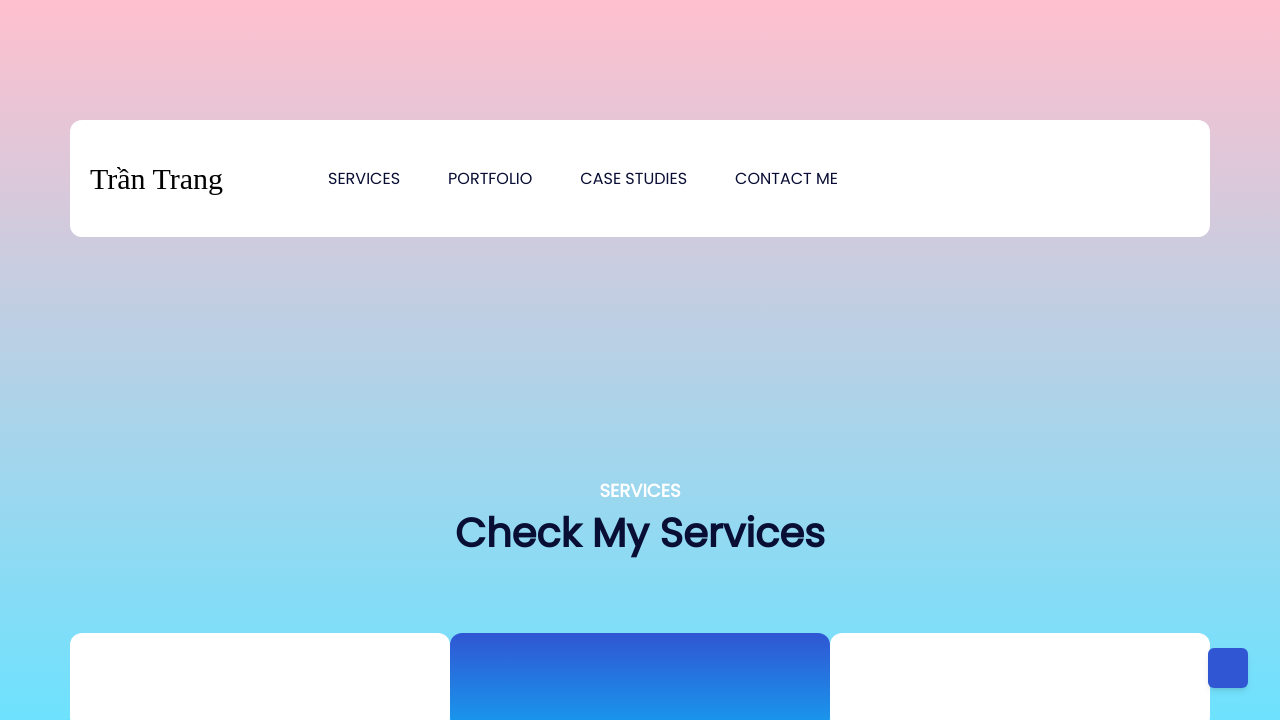
Repository: trantrang2101/CV
Page: index.html
An editor plug-in stored every save of this project. The page is shown before and after the next save, followed by the edit.
The browser window is 1280 px wide. The pictures show the whole page.
An inner scrolling area shows only its first screen. Some web fonts or font styles are not loaded; a fallback is used.

Above is the page before, as saved 2022-07-13 19:24:54.
Console error: TypeError: Cannot read properties of null (reading 'offsetTop')

### index.html
<!DOCTYPE html>
<html lang="en" class="scroll-smooth">

<head>
    <meta charset="UTF-8" />
    <meta http-equiv="X-UA-Compatible" content="IE=edge" />
    <meta name="viewport" content="width=device-width, initial-scale=1.0" />
    <title>
        Play | Free Tailwind CSS Template for Startup and SaaS By TailGrids
    </title>
    <link rel="shortcut icon" href="assets/images/favicon.png" type="image/x-icon" />
    <link rel="stylesheet" href="assets/css/animate.css" />
    <link rel="stylesheet" href="assets/css/tailwind.css" />
    <link rel="stylesheet" href="assets/css/style.css" />

    <script src="assets/js/wow.min.js"></script>
    <script>
        new WOW().init();
    </script>
</head>

<body>
    <section id="home" class="pt-20 lg:pt-[120px] pb-20 lg:pb-[120px]">
        <div class="container">
            <div class="bg-white shadow-xl shadow-dark dark:shadow-xl dark:shadow-light wow fadeInUp rounded-xl"
                data-wow-delay=".2s" style="visibility: visible; animation-delay: 0.2s">
                <div class="flex -mx-4 px-5 items-center justify-between relative">
                    <div class="w-60 max-w-full">
                        <a href="#home" class="navbar-logo w-full block py-5">
                            <h1 class="font-script p-4">Trần Trang</h1>
                        </a>
                    </div>
                    <div class="flex justify-between items-center w-full">
                        <div>
                            <button id="navbarToggler"
                                class="block absolute mx-4 right-4 top-1/2 -translate-y-1/2 lg:hidden focus:ring-2 ring-primary px-3 py-[6px] rounded-lg">
                                <span class="relative w-[30px] h-[2px] my-[6px] block bg-dark"></span>
                                <span class="relative w-[30px] h-[2px] my-[6px] block bg-dark"></span>
                                <span class="relative w-[30px] h-[2px] my-[6px] block bg-dark"></span>
                            </button>
                            <nav id="navbarCollapse"
                                class="absolute py-5 lg:py-0 lg:px-4 xl:px-6 bg-white lg:bg-transparent shadow-lg rounded-lg max-w-[250px] w-full lg:max-w-full lg:w-full right-4 top-full hidden lg:block lg:static lg:shadow-none">
                                <ul class="blcok lg:flex">
                                    <li class="relative group">
                                        <a href="#services"
                                            class="ud-menu-scroll text-base text-dark lg:group-hover:opacity-70 lg:group-hover:text-dark group-hover:text-primary py-2 lg:py-6 lg:inline-flex lg:px-0 flex mx-8 lg:mr-0">
                                            SERVICES
                                        </a>
                                    </li>
                                    <li class="relative group">
                                        <a href="#portfolio"
                                            class="ud-menu-scroll text-base text-dark lg:text-dark lg:group-hover:opacity-70 lg:group-hover:text-dark group-hover:text-primary py-2 lg:py-6 lg:inline-flex lg:px-0 flex mx-8 lg:mr-0 lg:ml-7 xl:ml-12">
                                            PORTFOLIO
                                        </a>
                                    </li>
                                    <li class="relative group">
                                        <a href="#case"
                                            class="ud-menu-scroll text-base text-dark lg:text-dark lg:group-hover:opacity-70 lg:group-hover:text-dark group-hover:text-primary py-2 lg:py-6 lg:inline-flex lg:px-0 flex mx-8 lg:mr-0 lg:ml-7 xl:ml-12">
                                            CASE STUDIES
                                        </a>
                                    </li>
                                    <li class="relative group">
                                        <a href="#contact"
                                            class="ud-menu-scroll text-base text-dark lg:text-dark lg:group-hover:opacity-70 lg:group-hover:text-dark group-hover:text-primary py-2 lg:py-6 lg:inline-flex lg:px-0 flex mx-8 lg:mr-0 lg:ml-7 xl:ml-12">
                                            CONTACT ME
                                        </a>
                                    </li>
                                </ul>
                            </nav>
                        </div>
                    </div>
                </div>
            </div>
        </div>
    </section>
    <section id="services" class="pt-20 lg:pt-[120px] pb-12 lg:pb-[90px] relative z-20 overflow-hidden">
        <div class="container">
            <div class="flex flex-wrap -mx-4">
                <div class="w-full px-4">
                    <div class="text-center mx-auto mb-[60px] lg:mb-20 max-w-[620px]">
                        <span class="font-semibold text-lg text-white mb-2 block">
                            SERVICES
                        </span>
                        <h2 class="font-bold text-3xl sm:text-4xl md:text-[40px] text-dark mb-4">
                            Check My Services
                        </h2>
                    </div>
                </div>
            </div>

            <div class="flex flex-wrap items-center justify-center">
                <div class="w-full mx-3 md:w-1/2 lg:w-1/3">
                    <div class="bg-white rounded-xl relative z-10 overflow-hidden border border-primary border-opacity-20 shadow-pricing py-10 px-8 sm:p-12 lg:py-10 lg:px-6 xl:p-12 mb-10 text-center wow fadeInUp"
                        data-wow-delay=".15s" style="visibility: visible; animation-delay: 0.15s">

                    </div>
                </div>
                <div class="w-full mx-3 md:w-1/2 lg:w-1/3">
                    <div class="bg-primary bg-gradient-to-b from-primary to-[#179BEE] rounded-xl relative z-10 overflow-hidden shadow-pricing py-10 px-8 sm:p-12 lg:py-10 lg:px-6 xl:p-12 mb-10 text-center wow fadeInUp"
                        data-wow-delay=".1s" style="visibility: visible; animation-delay: 0.1s">

                    </div>
                </div>
                <div class="w-full mx-3 md:w-1/2 lg:w-1/3">
                    <div class="bg-white rounded-xl relative z-10 overflow-hidden border border-primary border-opacity-20 shadow-pricing py-10 px-8 sm:p-12 lg:py-10 lg:px-6 xl:p-12 mb-10 text-center wow fadeInUp"
                        data-wow-delay=".15s" style="visibility: visible; animation-delay: 0.15s">

                    </div>
                </div>
            </div>
        </div>
    </section>
    <a href="javascript:void(0)"
        class="hidden items-center justify-center bg-primary text-white w-10 h-10 rounded-md fixed bottom-8 right-8 left-auto z-[999] hover:bg-dark back-to-top shadow-md transition duration-300 ease-in-out"
        style="display: flex">
        <span class="w-3 h-3 border-t border-l border-white rotate-45 mt-[6px]"></span>
    </a>
    <script src="assets/js/main.js"></script>
    <script>
        const pageLink = document.querySelectorAll(".ud-menu-scroll");
        pageLink.forEach((elem) => {
            elem.addEventListener("click", (e) => {
                e.preventDefault();
                document.querySelector(elem.getAttribute("href")).scrollIntoView({
                    behavior: "smooth",
                    offsetTop: 1 - 60,
                });
            });
        });

        // section menu active
        function onScroll(event) {
            const sections = document.querySelectorAll(".ud-menu-scroll");
            const scrollPos =
                window.pageYOffset ||
                document.documentElement.scrollTop ||
                document.body.scrollTop;

            for (let i = 0; i < sections.length; i++) {
                const currLink = sections[i];
                const val = currLink.getAttribute("href");
                const refElement = document.querySelector(val);
                const scrollTopMinus = scrollPos + 73;
                if (
                    refElement.offsetTop <= scrollTopMinus &&
                    refElement.offsetTop + refElement.offsetHeight > scrollTopMinus
                ) {
                    document
                        .querySelector(".ud-menu-scroll")
                        .classList.remove("active");
                    currLink.classList.add("active");
                } else {
                    currLink.classList.remove("active");
                }
            }
        }

        window.document.addEventListener("scroll", onScroll);
    </script>
</body>

</html>

### assets/css/style.css
html,
body {
  width: 100%;
  height: 100%;
}
html,
body {
  width: 100%;
  height: 100%;
  overflow: auto;
  background: linear-gradient(180deg, #ffc0ce 0%, #6de2fe 100%);
  background-repeat: no-repeat;
  background-position: center top;
  background-size: contain;
}
.font-script {
  font-family: "Imperial Script" !important;
}
h1.font-script {
  font-size: 30px;
}

### assets/js/main.js
(function () {
  "use strict";

  // ======= Sticky
  window.onscroll = function () {
    const ud_header = document.querySelector(".ud-header");
    const sticky = ud_header.offsetTop;
    const logo = document.querySelector(".header-logo");

    if (window.pageYOffset > sticky) {
      ud_header.classList.add("sticky");
    } else {
      ud_header.classList.remove("sticky");
    }

    // === logo change
    if (ud_header.classList.contains("sticky")) {
      logo.src = "assets/images/logo/logo.svg";
    } else {
      logo.src = "assets/images/logo/logo-white.svg";
    }

    // show or hide the back-top-top button
    const backToTop = document.querySelector(".back-to-top");
    if (
      document.body.scrollTop > 50 ||
      document.documentElement.scrollTop > 50
    ) {
      backToTop.style.display = "flex";
    } else {
      backToTop.style.display = "none";
    }
  };

  // ===== responsive navbar
  let navbarToggler = document.querySelector("#navbarToggler");
  const navbarCollapse = document.querySelector("#navbarCollapse");

  navbarToggler.addEventListener("click", () => {
    navbarToggler.classList.toggle("navbarTogglerActive");
    navbarCollapse.classList.toggle("hidden");
  });

  //===== close navbar-collapse when a  clicked
  document
    .querySelectorAll("#navbarCollapse ul li:not(.submenu-item) a")
    .forEach((e) =>
      e.addEventListener("click", () => {
        navbarToggler.classList.remove("navbarTogglerActive");
        navbarCollapse.classList.add("hidden");
      })
    );

  // ===== Sub-menu
  const submenuItems = document.querySelectorAll(".submenu-item");
  submenuItems.forEach((el) => {
    el.querySelector("a").addEventListener("click", () => {
      el.querySelector(".submenu").classList.toggle("hidden");
    });
  });

  // ===== Faq accordion
  const faqs = document.querySelectorAll(".single-faq");
  faqs.forEach((el) => {
    el.querySelector(".faq-btn").addEventListener("click", () => {
      el.querySelector(".icon").classList.toggle("rotate-180");
      el.querySelector(".faq-content").classList.toggle("hidden");
    });
  });

  // ===== wow js
  new WOW().init();

  // ====== scroll top js
  function scrollTo(element, to = 0, duration = 500) {
    const start = element.scrollTop;
    const change = to - start;
    const increment = 20;
    let currentTime = 0;

    const animateScroll = () => {
      currentTime += increment;

      const val = Math.easeInOutQuad(currentTime, start, change, duration);

      element.scrollTop = val;

      if (currentTime < duration) {
        setTimeout(animateScroll, increment);
      }
    };

    animateScroll();
  }

  Math.easeInOutQuad = function (t, b, c, d) {
    t /= d / 2;
    if (t < 1) return (c / 2) * t * t + b;
    t--;
    return (-c / 2) * (t * (t - 2) - 1) + b;
  };

  document.querySelector(".back-to-top").onclick = () => {
    scrollTo(document.documentElement);
  };
})();

Loaded but not shown: assets/css/animate.css (library); assets/css/tailwind.css (library); assets/js/wow.min.js (library)

After the next save:
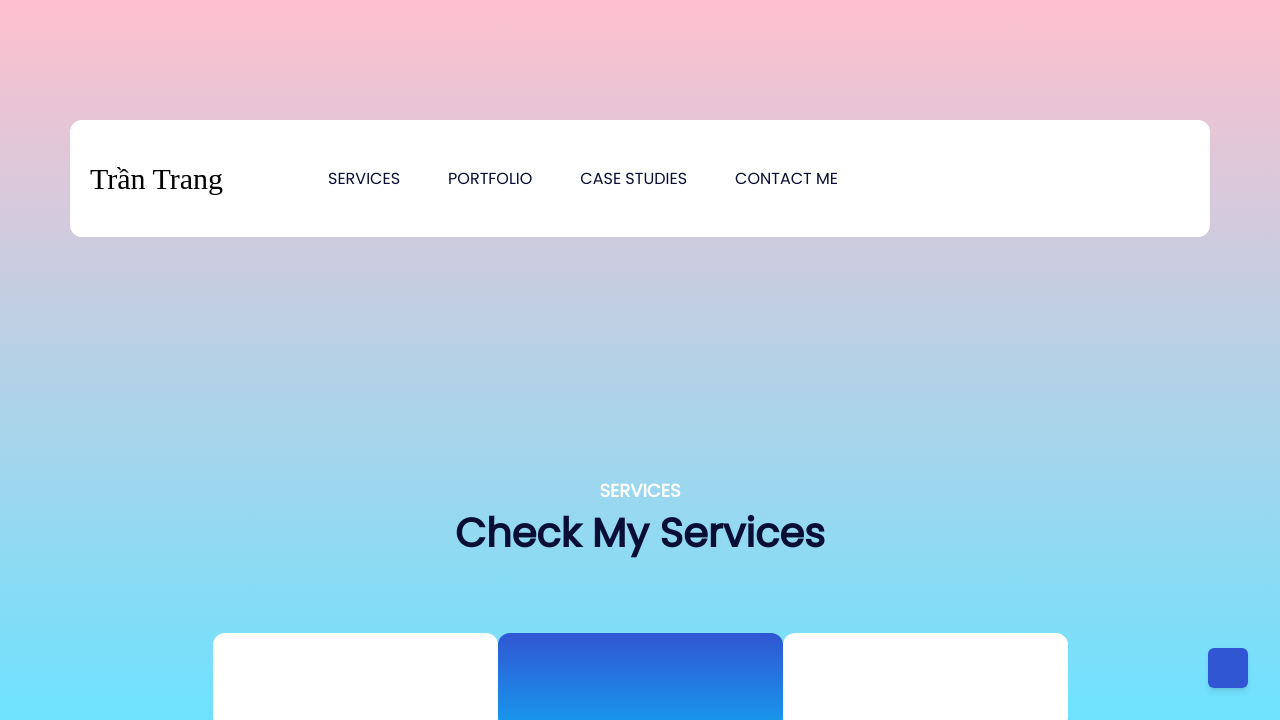
Saved 31 s later.
--- a/index.html
+++ b/index.html
@@ -89,19 +89,19 @@
             </div>
 
             <div class="flex flex-wrap items-center justify-center">
-                <div class="w-full mx-3 md:w-1/2 lg:w-1/3">
+                <div class="w-full mx-3 md:w-1/3 lg:w-1/4">
                     <div class="bg-white rounded-xl relative z-10 overflow-hidden border border-primary border-opacity-20 shadow-pricing py-10 px-8 sm:p-12 lg:py-10 lg:px-6 xl:p-12 mb-10 text-center wow fadeInUp"
                         data-wow-delay=".15s" style="visibility: visible; animation-delay: 0.15s">
 
                     </div>
                 </div>
-                <div class="w-full mx-3 md:w-1/2 lg:w-1/3">
+                <div class="w-full mx-3 md:w-1/3 lg:w-1/4">
                     <div class="bg-primary bg-gradient-to-b from-primary to-[#179BEE] rounded-xl relative z-10 overflow-hidden shadow-pricing py-10 px-8 sm:p-12 lg:py-10 lg:px-6 xl:p-12 mb-10 text-center wow fadeInUp"
                         data-wow-delay=".1s" style="visibility: visible; animation-delay: 0.1s">
 
                     </div>
                 </div>
-                <div class="w-full mx-3 md:w-1/2 lg:w-1/3">
+                <div class="w-full mx-3 md:w-1/3 lg:w-1/4">
                     <div class="bg-white rounded-xl relative z-10 overflow-hidden border border-primary border-opacity-20 shadow-pricing py-10 px-8 sm:p-12 lg:py-10 lg:px-6 xl:p-12 mb-10 text-center wow fadeInUp"
                         data-wow-delay=".15s" style="visibility: visible; animation-delay: 0.15s">
 
